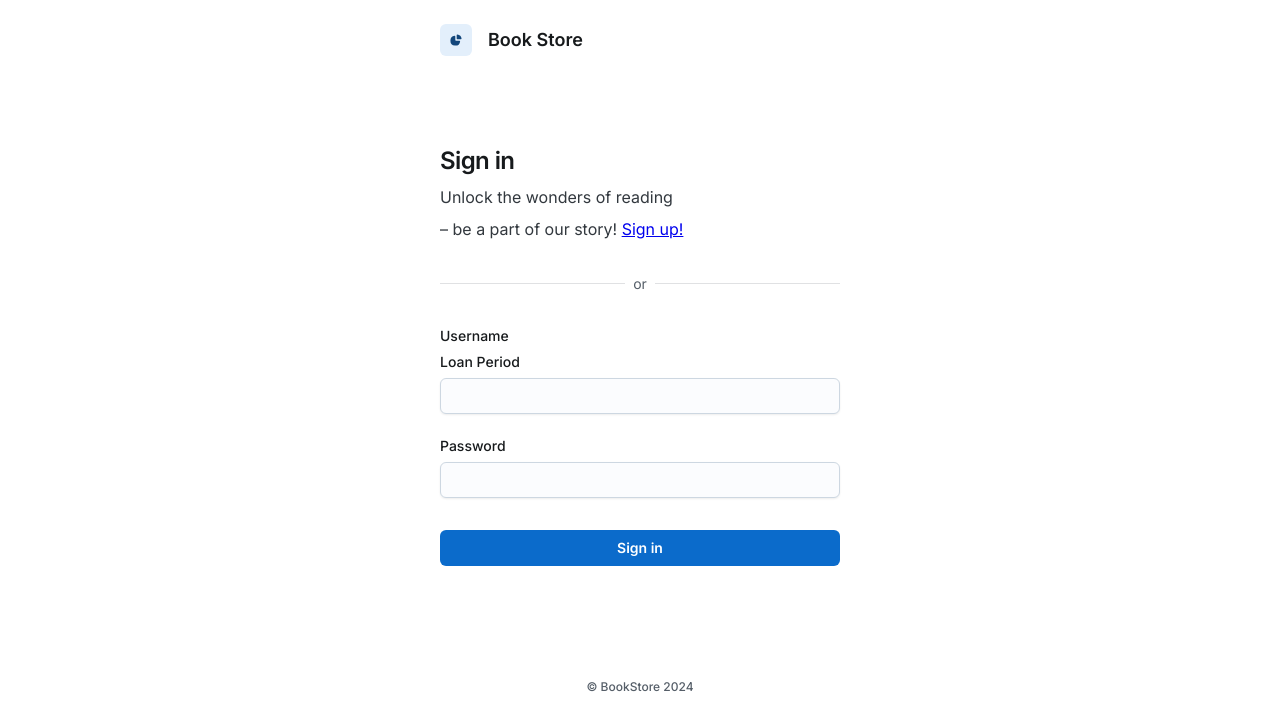
Repository: LaurentiusKevin/bookstore-fe
Page: /auth/login
The author's editor kept a copy of each file at every save. The page is drawn from the files as they stood at one save, then again after the next save.
The browser window is 1280 px wide. The pictures show the whole page.
The project was rebuilt for these pictures with package versions that can differ from the ones it lists, and the page was loaded fresh each time. The framework's server and built-in components were replaced by stand-ins that run in the browser. Also part of the build but not shown: next.config.mjs.

Above is the page before, as saved 2024-04-07 01:03:05.

### src/app/layout.tsx
import type { Metadata } from "next";
import { Inter } from "next/font/google";
import "@fontsource/inter";
import ThemeRegistry from "@/components/admin/theme-registry";
import { Providers } from "@/providers";
import { ReactNode } from "react";

const inter = Inter({ subsets: ["latin"] });

export const metadata: Metadata = {
  title: "Create Next App",
  description: "Generated by create next app",
};

export default function RootLayout({
  children,
}: Readonly<{
  children: ReactNode;
}>) {
  return (
    <html lang="en">
      <body>
        <ThemeRegistry options={{ key: "joy" }}>
          <Providers>{children}</Providers>
        </ThemeRegistry>
      </body>
    </html>
  );
}

### src/app/auth/login/page.tsx
"use client";

import {
  Box,
  Button,
  Checkbox,
  CssBaseline,
  CssVarsProvider,
  Divider,
  FormControl,
  FormLabel,
  formLabelClasses,
  GlobalStyles,
  IconButton,
  Input,
  Stack,
  Typography,
} from "@mui/joy";
import { HiMiniChartPie } from "react-icons/hi2";
import Link from "next/link";
import { BsGoogle } from "react-icons/bs";
import { useRouter } from "next/navigation";
import { useForm } from "react-hook-form";
import SnackbarCustom from "@/components/snackbar-custom";
import { useState } from "react";
import FormInput, { InputType } from "@/components/form-input";

interface FormData {
  email: string;
  password: string;
}

export default function AuthSignIn() {
  const route = useRouter();
  const [snackbarOpen, setSnackbarOpen] = useState(false);
  const [snackbarColor, setSnackbarColor] = useState("");
  const [snackbarContent, setSnackbarContent] = useState("");

  const {
    register,
    handleSubmit,
    watch,
    setValue,
    resetField,
    formState: { errors },
  } = useForm<FormData>();

  const onSignIn = (data: FormData) => {
    // void authMutation.mutate(data);
  };

  return (
    <CssVarsProvider defaultMode="dark" disableTransitionOnChange>
      <CssBaseline />
      <GlobalStyles
        styles={{
          ":root": {
            "--Collapsed-breakpoint": "769px", // form will stretch when viewport is below `769px`
            "--Cover-width": "50vw", // must be `vw` only
            "--Form-maxWidth": "800px",
            "--Transition-duration": "0.4s", // set to `none` to disable transition
          },
        }}
      />
      <Box
        sx={(theme) => ({
          transition: "width var(--Transition-duration)",
          transitionDelay: "calc(var(--Transition-duration) + 0.1s)",
          position: "relative",
          zIndex: 1,
          display: "flex",
          justifyContent: "center",
          backdropFilter: "blur(12px)",
          backgroundColor: "rgba(255 255 255 / 0.2)",
          [theme.getColorSchemeSelector("dark")]: {
            backgroundColor: "rgba(19 19 24 / 0.4)",
          },
        })}
      >
        <Box
          sx={{
            display: "flex",
            flexDirection: "column",
            minHeight: "100dvh",
            maxWidth: "100%",
            px: 2,
          }}
        >
          <Box
            component="header"
            sx={{
              py: 3,
              display: "flex",
              alignItems: "left",
              justifyContent: "space-between",
            }}
          >
            <Box sx={{ gap: 2, display: "flex", alignItems: "center" }}>
              <IconButton variant="soft" color="primary" size="sm">
                <HiMiniChartPie />
              </IconButton>
              <Typography level="title-lg">Book Store</Typography>
            </Box>
            {/*<ColorSchemeToggle />*/}
          </Box>
          <Box
            component="main"
            sx={{
              my: "auto",
              py: 2,
              pb: 5,
              display: "flex",
              flexDirection: "column",
              gap: 2,
              width: 400,
              maxWidth: "100%",
              mx: "auto",
              borderRadius: "sm",
              "& form": {
                display: "flex",
                flexDirection: "column",
                gap: 2,
              },
              [`& .${formLabelClasses.asterisk}`]: {
                visibility: "hidden",
              },
            }}
          >
            <Stack gap={4} sx={{ mb: 2 }}>
              <Stack gap={1}>
                <Typography level="h3">Sign in</Typography>
                <Typography>Unlock the wonders of reading</Typography>
                <Typography>
                  – be a part of our story!{" "}
                  <Link href="#replace-with-a-link">Sign up!</Link>
                </Typography>
              </Stack>
            </Stack>
            <Divider
              sx={(theme) => ({
                [theme.getColorSchemeSelector("light")]: {
                  color: { xs: "#FFF", md: "text.tertiary" },
                  "--Divider-lineColor": {
                    xs: "#FFF",
                    md: "var(--joy-palette-divider)",
                  },
                },
              })}
            >
              or
            </Divider>
            <Stack gap={4} sx={{ mt: 2 }}>
              <form onSubmit={handleSubmit(onSignIn)}>
                <FormControl required>
                  <FormLabel>Username</FormLabel>
                  <FormInput
                    register={register("email", {
                      required: "Required!",
                    })}
                    label="Loan Period"
                    type={InputType.TEXT_INPUT}
                  />
                </FormControl>
                <FormControl required>
                  <FormLabel>Password</FormLabel>
                  <Input
                    {...register("password", { required: "Required!" })}
                    type="password"
                    name="password"
                  />
                </FormControl>
                <Stack gap={4} sx={{ mt: 2 }}>
                  <Button type="submit" fullWidth>
                    Sign in
                  </Button>
                </Stack>
              </form>
            </Stack>
          </Box>
          <Box component="footer" sx={{ py: 3 }}>
            <Typography level="body-xs" textAlign="center">
              © BookStore {new Date().getFullYear()}
            </Typography>
          </Box>
        </Box>
      </Box>
      <SnackbarCustom
        autoHideDuration={5000}
        variant="soft"
        onClose={() => setSnackbarOpen(false)}
        open={snackbarOpen}
      >
        {snackbarContent}
      </SnackbarCustom>
    </CssVarsProvider>
  );
}

### src/components/admin/theme-registry.tsx
"use client";
import createCache from "@emotion/cache";
import { useServerInsertedHTML } from "next/navigation";
import { CacheProvider } from "@emotion/react";
import { CssVarsProvider } from "@mui/joy/styles";
import CssBaseline from "@mui/joy/CssBaseline";
import * as React from "react";
import { ReactNode } from "react";

// This implementation is from emotion-js
// https://github.com/emotion-js/emotion/issues/2928#issuecomment-1319747902
export default function ThemeRegistry(props: {
  options: { key: string };
  children: ReactNode;
}) {
  const { options, children } = props;

  const [{ cache, flush }] = React.useState(() => {
    const cache = createCache(options);
    cache.compat = true;
    const prevInsert = cache.insert;
    let inserted: string[] = [];
    cache.insert = (...args) => {
      const serialized = args[1];
      if (cache.inserted[serialized.name] === undefined) {
        inserted.push(serialized.name);
      }
      return prevInsert(...args);
    };
    const flush = () => {
      const prevInserted = inserted;
      inserted = [];
      return prevInserted;
    };
    return { cache, flush };
  });

  useServerInsertedHTML(() => {
    const names = flush();
    if (names.length === 0) {
      return null;
    }
    let styles = "";
    for (const name of names) {
      styles += cache.inserted[name];
    }
    return (
      <style
        key={cache.key}
        data-emotion={`${cache.key} ${names.join(" ")}`}
        dangerouslySetInnerHTML={{
          __html: styles,
        }}
      />
    );
  });

  return (
    <CacheProvider value={cache}>
      <CssVarsProvider>
        {/* the custom theme is optional */}
        <CssBaseline />
        {children}
      </CssVarsProvider>
    </CacheProvider>
  );
}

### src/providers.tsx
"use client";

import React, { ReactNode } from "react";

export function Providers({ children }: { children: ReactNode }) {
  return <>{children}</>;
}

### src/components/snackbar-custom.tsx
import { Snackbar, SnackbarProps } from "@mui/joy";
import { UseSnackbarParameters } from "@mui/base";
import { ReactNode } from "react";

interface SnackbarCustomInterface extends UseSnackbarParameters {
  children: ReactNode;
}

export default function SnackbarCustom({
  autoHideDuration,
  open,
  onClose,
  color,
  variant,
  children,
}: SnackbarCustomInterface & SnackbarProps) {
  return (
    <Snackbar
      autoHideDuration={autoHideDuration}
      open={open}
      onClose={onClose}
      color={color}
      variant={variant}
    >
      {children}
    </Snackbar>
  );
}

### src/components/form-input.tsx
import { FormControl, FormLabel, Input, Option, Select } from "@mui/joy";
import Textarea from "@mui/joy/Textarea";
import React, { ChangeEvent } from "react";
import FormHelperText from "@mui/joy/FormHelperText";
import { NumericFormat } from "react-number-format";
import { Control, Controller, FieldValue } from "react-hook-form";

export enum InputType {
  TEXT_AREA,
  DATE_INPUT,
  NUMERIC,
  TEXT_INPUT,
  SELECT,
}

export default function FormInput({
  label,
  type,
  register,
  error,
  endDecorator,
  control,
  children,
  defaultValue,
}: Readonly<{
  label: string;
  type: InputType;
  register?: any;
  error?: any;
  endDecorator?: any;
  value?: string;
  onChange?: (newValue: ChangeEvent) => void;
  control?: Control<FieldValue<any>>;
  children?: any;
  defaultValue?: any;
}>) {
  return (
    <FormControl error={error?.message !== undefined}>
      <FormLabel>{label}</FormLabel>
      {type === InputType.TEXT_INPUT && (
        <Input
          {...register}
          endDecorator={endDecorator}
          // value={value}
        />
      )}
      {type === InputType.TEXT_AREA && (
        <Controller
          control={control}
          name={register.name}
          render={({ field: { onChange, name, value } }) => (
            <Textarea
              {...register}
              minRows={3}
              value={value}
              onChange={(event) => onChange(event.currentTarget.value)}
            />
            // <NumericFormat
            //   customInput={Input}
            //   prefix="Rp "
            //   decimalSeparator=","
            //   thousandSeparator="."
            //   name={name}
            //   value={value}
            //   onValueChange={(item) => onChange(item.value)}
            // />
          )}
        />
      )}
      {type === InputType.DATE_INPUT && (
        <Input
          {...register}
          type="date"
          // value={value}
          // onChange={(newValue) => setValue(newValue.currentTarget.value ?? "")}
        />
      )}
      {type === InputType.SELECT && <Select {...register}>{children}</Select>}
      {type === InputType.NUMERIC && (
        <Controller
          control={control}
          name={register.name}
          defaultValue={defaultValue}
          render={({ field: { onChange, name, value } }) => (
            <NumericFormat
              customInput={Input}
              prefix="Rp "
              decimalSeparator=","
              thousandSeparator="."
              name={name}
              value={value}
              onValueChange={(item) => onChange(item.value)}
            />
          )}
        />
      )}
      <FormHelperText>{error?.message}</FormHelperText>
    </FormControl>
  );
}

After the next save:
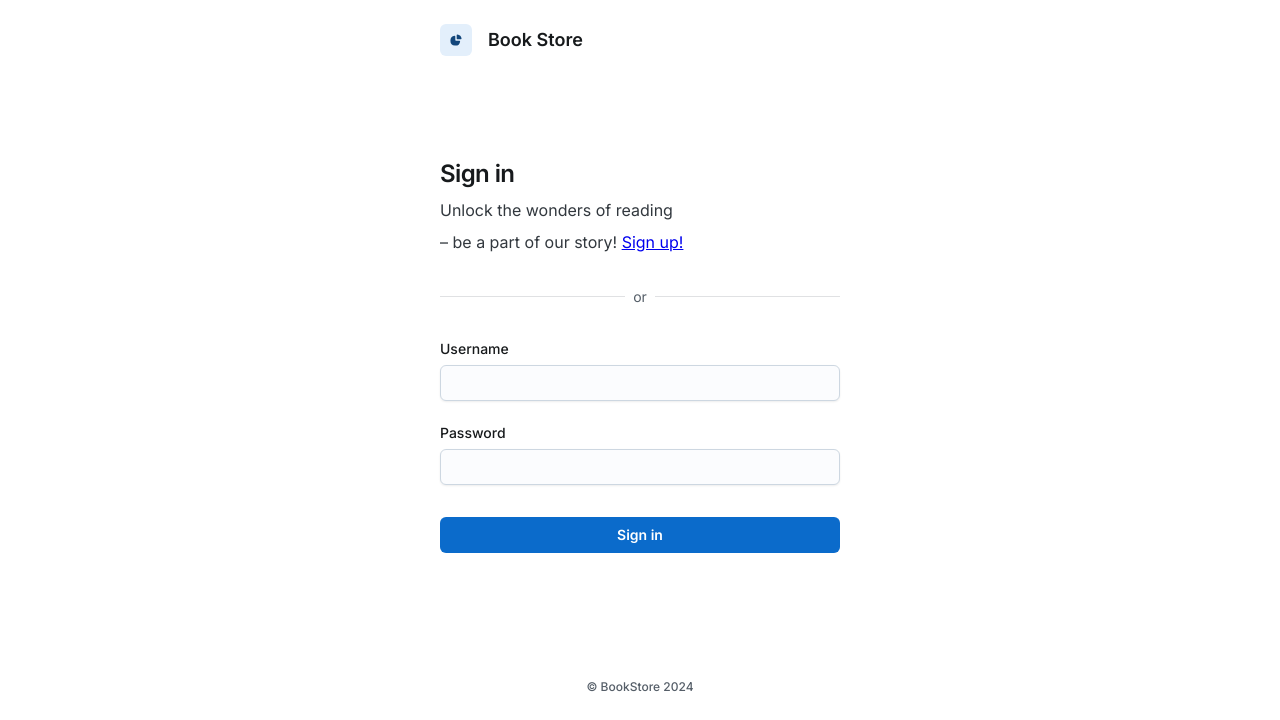
Saved 11 s later.
--- a/src/app/auth/login/page.tsx
+++ b/src/app/auth/login/page.tsx
@@ -152,12 +152,11 @@ export default function AuthSignIn() {
             <Stack gap={4} sx={{ mt: 2 }}>
               <form onSubmit={handleSubmit(onSignIn)}>
                 <FormControl required>
-                  <FormLabel>Username</FormLabel>
                   <FormInput
                     register={register("email", {
                       required: "Required!",
                     })}
-                    label="Loan Period"
+                    label="Username"
                     type={InputType.TEXT_INPUT}
                   />
                 </FormControl>
